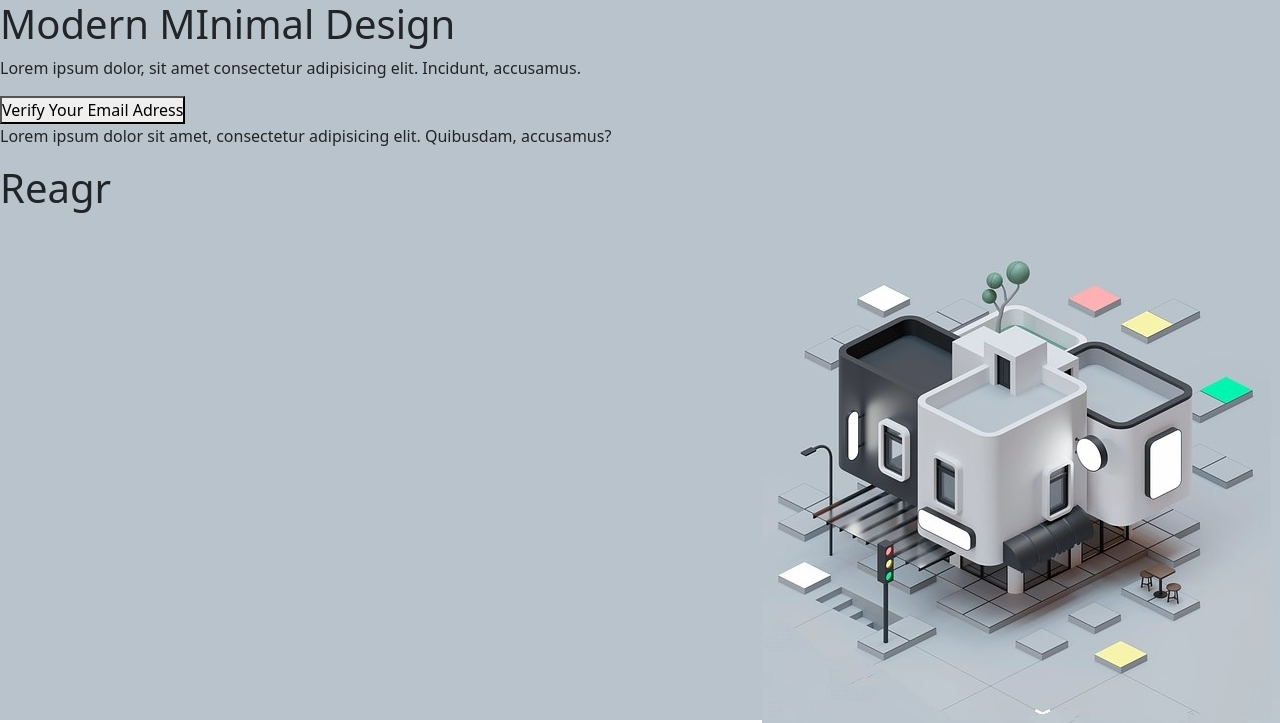
Repository: Aayush919/taskui
Page: index.html
The author's editor kept a copy of each file at every save. The page is drawn from the files as they stood at one save, then again after a run of saves.
The browser window is 1280 px wide. The pictures show the whole page.

Above is the page before, as saved 2024-01-12 12:28:45.

### index.html
<!doctype html>
<html lang="en">

<head>
    <meta charset="utf-8">
    <meta name="viewport" content="width=device-width, initial-scale=1">
    <title>Bootstrap demo</title>
    <link href="https://cdn.jsdelivr.net/npm/bootstrap@5.3.2/dist/css/bootstrap.min.css" rel="stylesheet"
        integrity="sha384-T3c6CoIi6uLrA9TneNEoa7RxnatzjcDSCmG1MXxSR1GAsXEV/Dwwykc2MPK8M2HN" crossorigin="anonymous">
        <link rel="stylesheet" href="style.css">
</head>

<body>



    <div class="custom-bg">
        <div class="right">
            <h1>Modern <span>MInimal</span> Design</h1>
            <p>Lorem ipsum dolor, sit amet consectetur adipisicing elit. Incidunt, accusamus.</p>
            <button>Verify Your Email Adress</button>
            <p>Lorem ipsum dolor sit amet, consectetur adipisicing elit. Quibusdam, accusamus?</p>
            <h1>Reagr</h1>
        </div>
        <div class="left">
            <img src="./bg.jpg" alt="" class="img-fluid">
        </div>

    </div>

    <script src="https://cdn.jsdelivr.net/npm/bootstrap@5.3.2/dist/js/bootstrap.bundle.min.js"
        integrity="sha384-C6RzsynM9kWDrMNeT87bh95OGNyZPhcTNXj1NW7RuBCsyN/o0jlpcV8Qyq46cDfL"
        crossorigin="anonymous"></script>
</body>

</html>

<!-- -->

### style.css
*{
margin: 0;
padding: 0;
box-sizing: border-box;
}


html,body{
    height: 100%;
    width: 100%;

}

.custom-bg{
    background-color:#B9C3CC;
    height: 100%;
    width: 100%;

}


.custom-bg img{
    position: absolute;
    right: 0px;
}

After the next 3 saves:
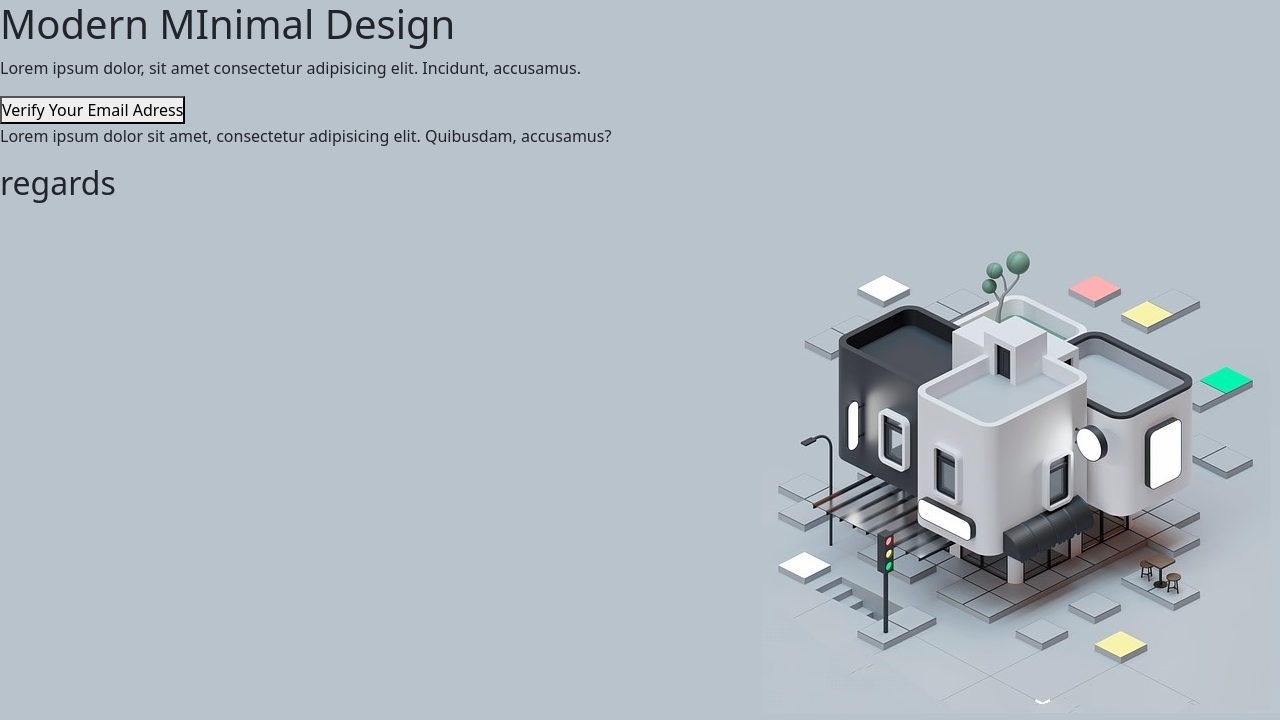
The 3 saves are shown as one change because they came seconds apart.
The last was saved 10 s later.
--- a/index.html
+++ b/index.html
@@ -20,7 +20,7 @@
             <p>Lorem ipsum dolor, sit amet consectetur adipisicing elit. Incidunt, accusamus.</p>
             <button>Verify Your Email Adress</button>
             <p>Lorem ipsum dolor sit amet, consectetur adipisicing elit. Quibusdam, accusamus?</p>
-            <h1>Reagr</h1>
+            <h2>regards</h2>
         </div>
         <div class="left">
             <img src="./bg.jpg" alt="" class="img-fluid">
